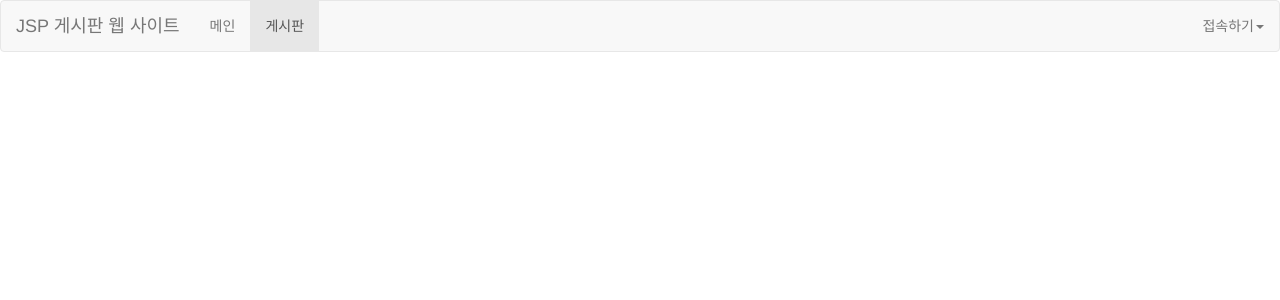
Repository: jsj961/bulletin-board-system
Page: http://localhost/BBS/main.jsp
The author's editor kept a copy of each file at every save. The page is drawn from the files as they stood at one save, then again after the next save.
The browser window is 1280 px wide. The pictures show the whole page.
Some web libraries are served in a nearby version. The page is served by Tomcat 9.

Above is the page before, as saved 2021-06-30 10:48:00.

After the next save:
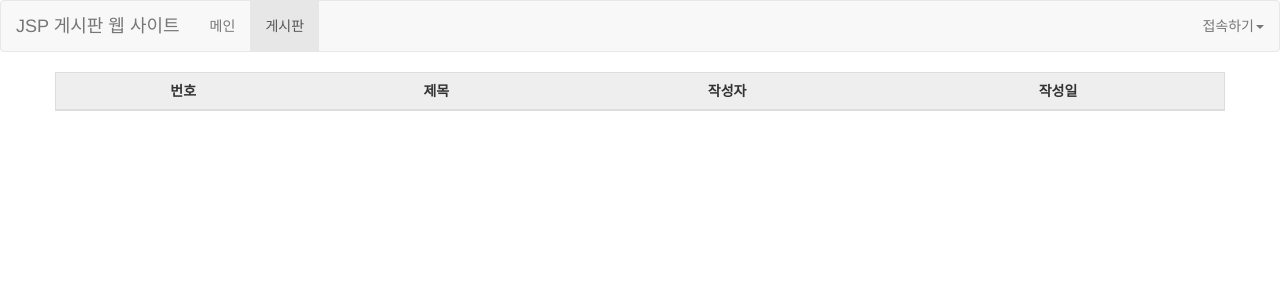
Saved 2 min 47 s later.
--- a/BBS/src/main/webapp/main.jsp
+++ b/BBS/src/main/webapp/main.jsp
@@ -64,6 +64,20 @@
 			%>
 		</div>
 	</nav>
+	<div class="container">
+		<div class="row">
+			<table class="table table-striped" style="text-align: center; border: 1px solid #dddddd">
+				<thead>
+					<tr>
+						<th style="background-color: #eeeeee; text-align: center;">번호</th>
+						<th style="background-color: #eeeeee; text-align: center;">제목</th>
+						<th style="background-color: #eeeeee; text-align: center;">작성자</th>
+						<th style="background-color: #eeeeee; text-align: center;">작성일</th>
+					</tr>
+				</thead>
+			</table>
+		</div>
+	</div>
 	<script src="https://ajax.googleapis.com/ajax/libs/jquery/3.2.1/jquery.min.js"></script>
 	<script src="js/bootstrap.js"></script>
 
